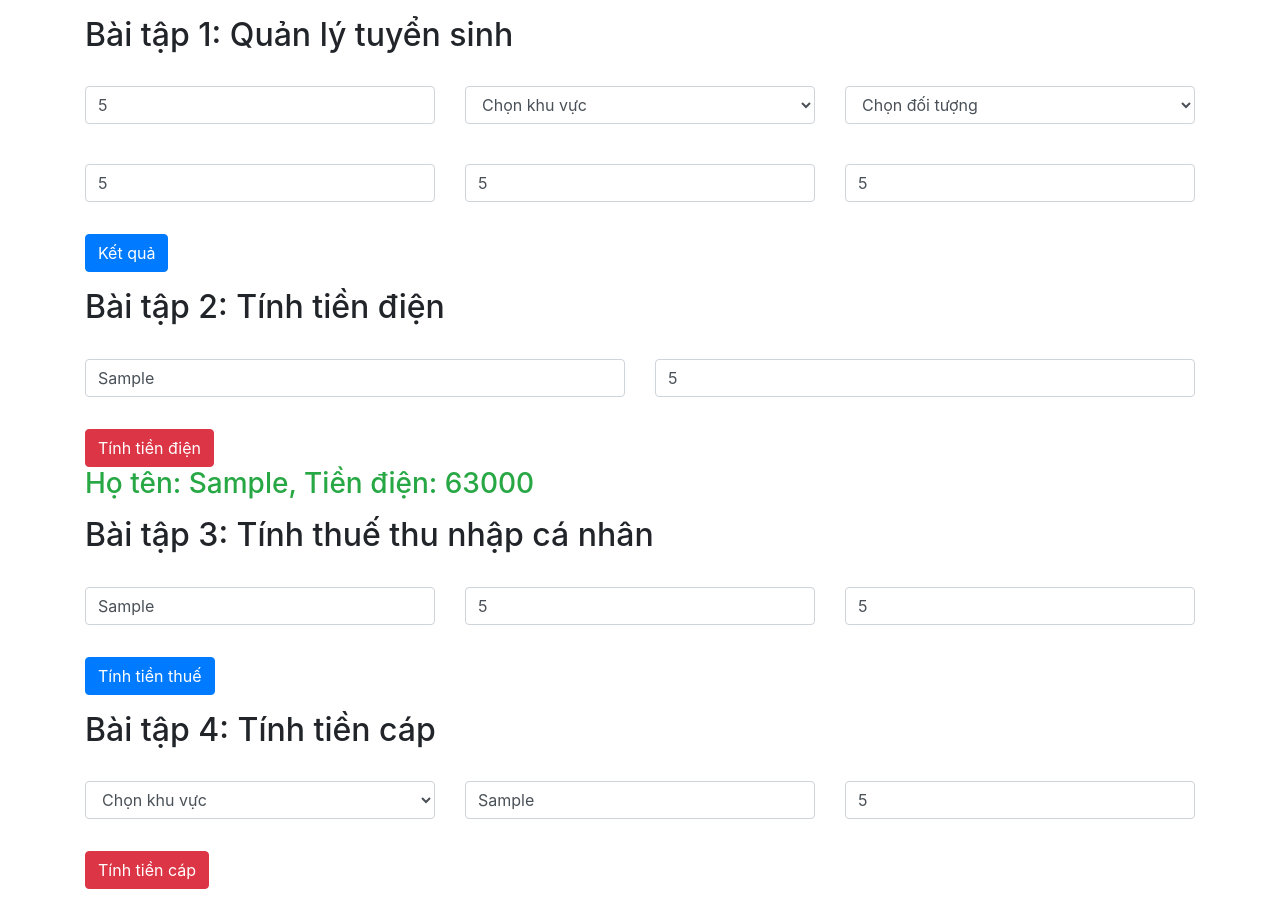
Repository: thanhfrankie/BC10-LeMinhThanh-Js-b5
Page: index.html
The author's editor kept a copy of each file at every save. The page is drawn from the files as they stood at one save, then again after the next save.
The browser window is 1280 px wide. The pictures show the whole page.
Empty fields were first filled with sample values (such as "Sample", 5 or name@example.com).
After loading, the first visible `button.btn-danger` was clicked once.

Above is the page before, as saved 2023-12-15 21:26:54.

After the next save:
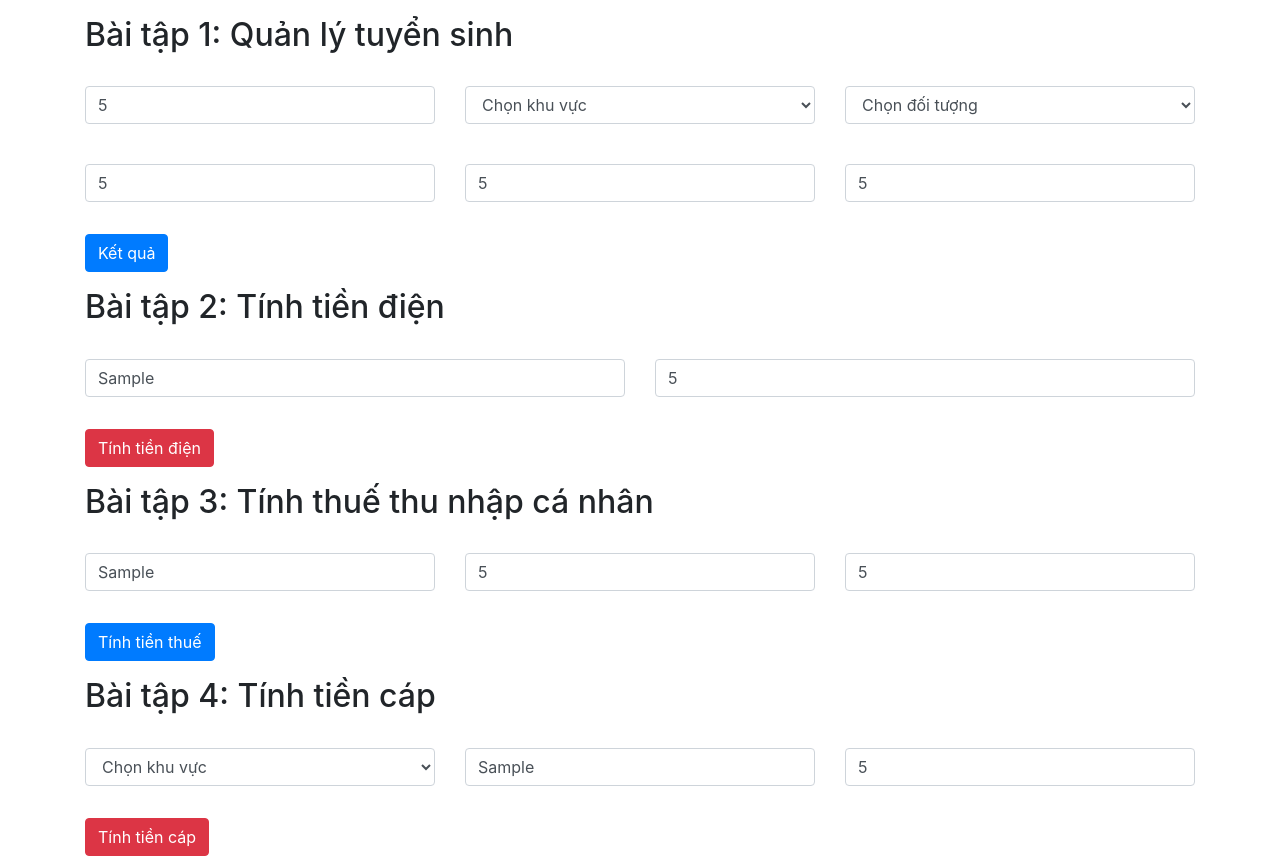
Console error: SyntaxError: Invalid or unexpected token
Saved 9 s later.
--- a/index.js
+++ b/index.js
@@ -203,7 +203,7 @@
     ketQua.innerText = `Họ tên: ${hoTen}, Tiền điện: ${tienPhaiTra}`;
   }
   if (200 < soKw <= 350) {
-    tienPhaiTra = 50*500 + 50*650 + soKw * 1100;
+    tienPhaiTra = 50*500 + 50*650 + 100soKw * 1100;
       ketQua.innerText = `Họ tên: ${hoTen}, Tiền điện: ${tienPhaiTra}`;
 
   }

After the 2 saves that followed:
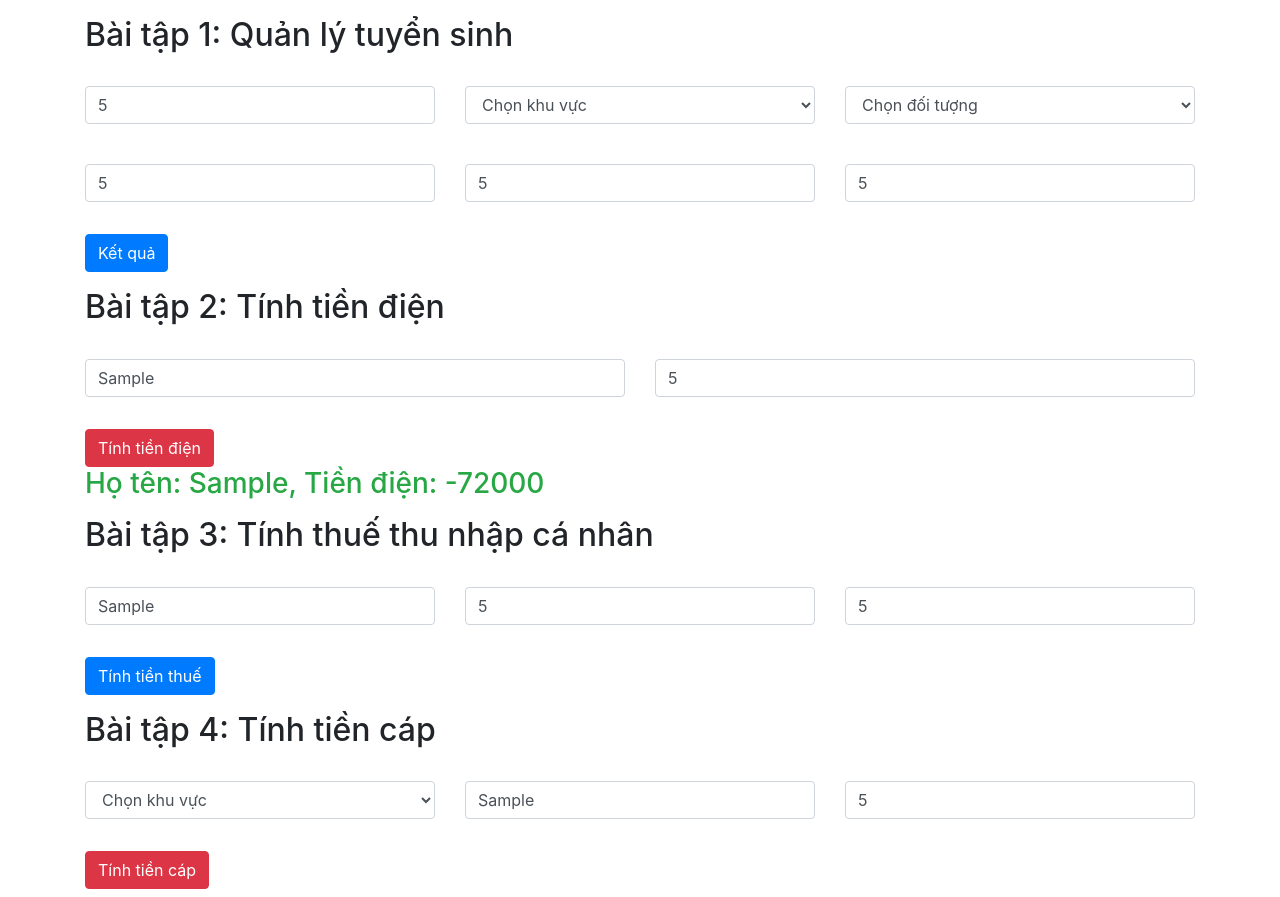
The error is gone.
The 2 saves are shown as one change because 1 left the picture as it was.
The last was saved 11 s later.
--- a/index.js
+++ b/index.js
@@ -203,7 +203,7 @@
     ketQua.innerText = `Họ tên: ${hoTen}, Tiền điện: ${tienPhaiTra}`;
   }
   if (200 < soKw <= 350) {
-    tienPhaiTra = 50*500 + 50*650 + 100soKw * 1100;
+    tienPhaiTra = 50*500 + 50*650 + 100*850 + (soKw-200) * 1100;
       ketQua.innerText = `Họ tên: ${hoTen}, Tiền điện: ${tienPhaiTra}`;
 
   }
